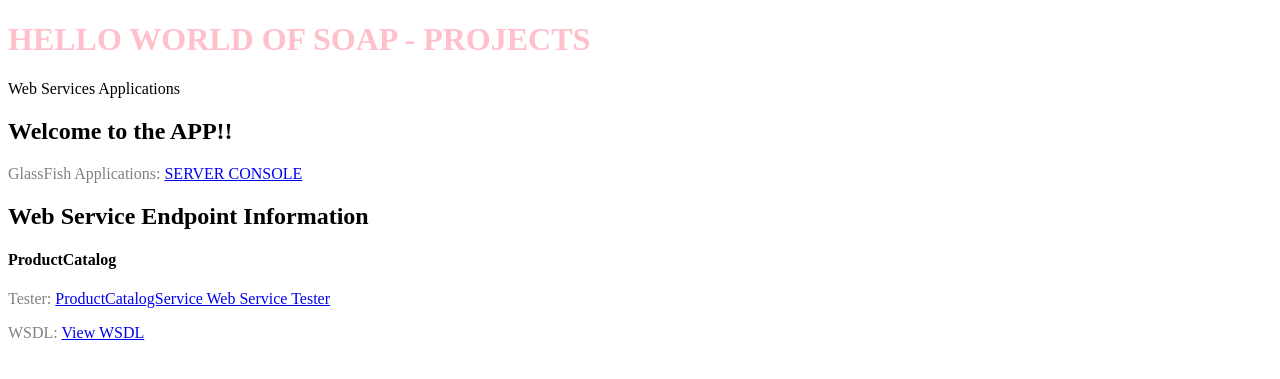
Repository: atafs/BackEnd_JAX-JAX-WS_SOAP
Page: http://localhost/Project_004_SOAP_server_TypesAndBinding/
An editor plug-in stored every save of this project. The page is shown before and after the next save, followed by the edit.
The browser window is 1280 px wide. The pictures show the whole page.
The page is served by Tomcat 9. Other server files are loaded and not shown.

Above is the page before, as saved 2016-01-26 15:07:33.

### Project_004_SOAP_server_TypesAndBinding/WebContent/index.jsp
<%@ page language="java" contentType="text/html; charset=ISO-8859-1"
    pageEncoding="ISO-8859-1"%>
<!DOCTYPE html PUBLIC "-//W3C//DTD HTML 4.01 Transitional//EN" "http://www.w3.org/TR/html4/loose.dtd">
<html>

<!-- HEADER -->
<head>
<meta http-equiv="Content-Type" content="text/html; charset=ISO-8859-1">
<title>WEB SERVICES</title>
</head>

<!-- BODY -->
<body>
	<h1 style="color:pink;">HELLO WORLD OF SOAP - PROJECTS</h1>
	<p>Web Services Applications</p>

	<!-- LINKS -->
	<h2>Welcome to the APP!! </h2>
	<p style="color:gray;">GlassFish Applications: <a href="http://localhost:4848/common/index.jsf">SERVER CONSOLE</a></p>

	<h2>Web Service Endpoint Information</h2>
	<h4>ProductCatalog</h4>
	<p style="color:gray;">Tester: <a href="http://atafs:9090/Project_003_SOAP_server_ServiceAndContractFirst/ProductCatalogService?Tester">ProductCatalogService Web Service Tester</a></p>
	<p style="color:gray;">WSDL: <a href="http://atafs:9090/Project_003_SOAP_server_ServiceAndContractFirst/ProductCatalogService?wsdl">View WSDL</a></p>
</body>
</html>

After the next save:
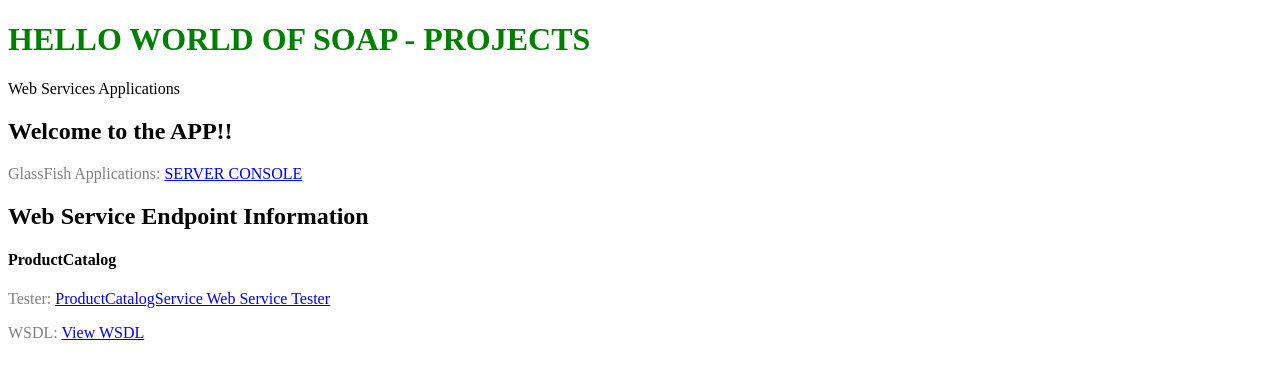
Saved 25 s later.
--- a/Project_004_SOAP_server_TypesAndBinding/WebContent/index.jsp
+++ b/Project_004_SOAP_server_TypesAndBinding/WebContent/index.jsp
@@ -11,7 +11,7 @@
 
 <!-- BODY -->
 <body>
-	<h1 style="color:pink;">HELLO WORLD OF SOAP - PROJECTS</h1>
+	<h1 style="color:green;">HELLO WORLD OF SOAP - PROJECTS</h1>
 	<p>Web Services Applications</p>
 
 	<!-- LINKS -->
